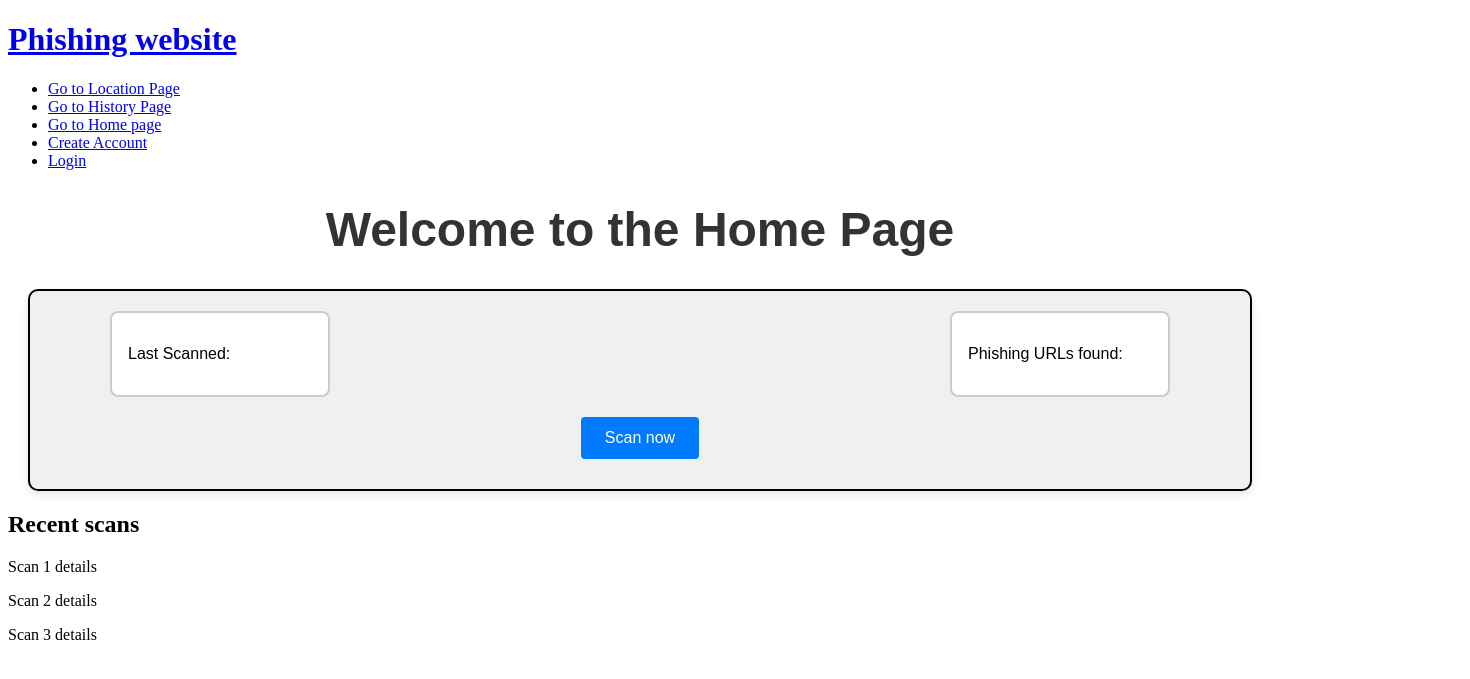
Repository: 2305199/Final-year-project
Page: / (app in frontend/)
The author's editor kept a copy of each file at every save. The page is drawn from the files as they stood at one save, then again after the next save.
The browser window is 1280 px wide. The page is 1470 px wide, then 1280 px, so the pictures cover 1470 px, including what lies to the right of the window. The pictures show the whole page.
The project was rebuilt for these pictures with package versions that can differ from the ones it lists, and the page was loaded fresh each time. Also part of the build but not shown: frontend/vite.config.js, frontend/src/Location/Location.jsx, frontend/src/History/History.jsx, frontend/src/User/CreateAccount.jsx, frontend/src/User/Login.jsx.

Above is the page before, as saved 2026-01-29 01:25:38.

After the next save:
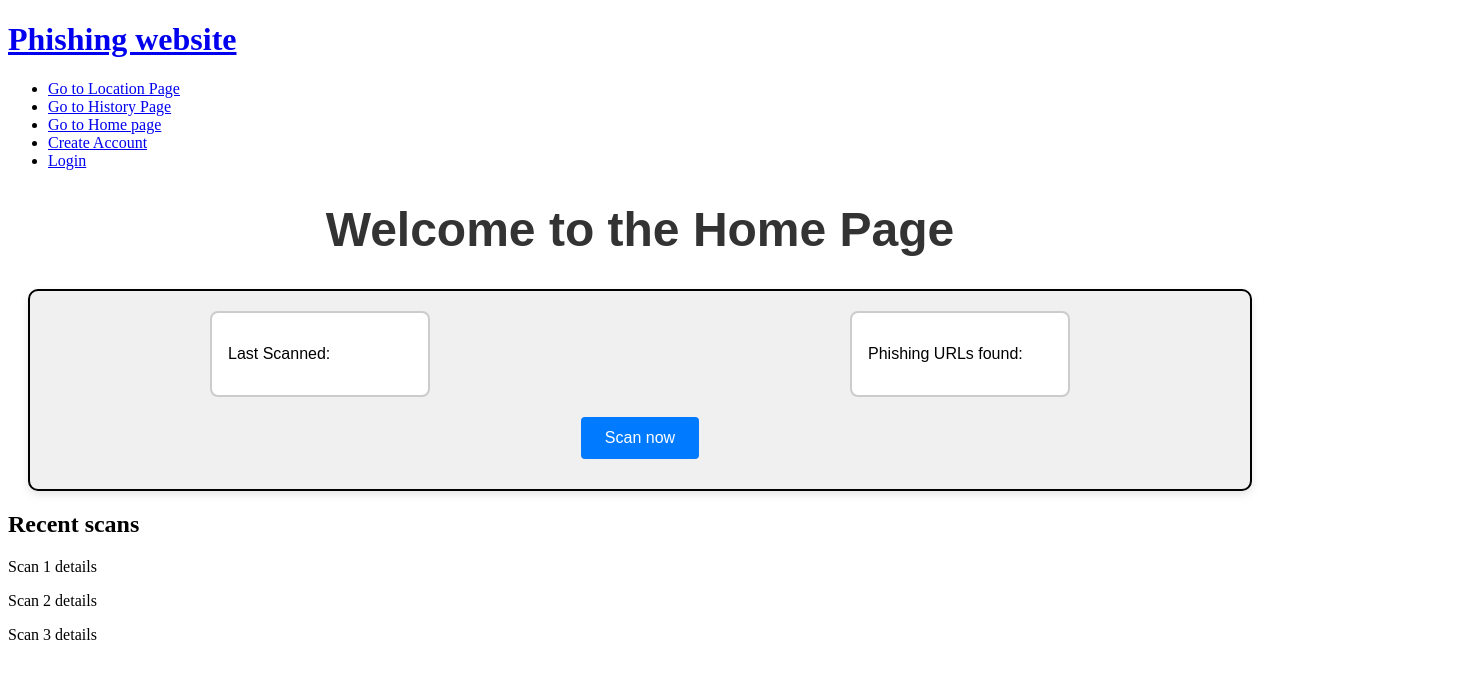
Saved 13 s later.
--- a/frontend/src/Home/Home.module.css
+++ b/frontend/src/Home/Home.module.css
@@ -39,8 +39,8 @@
   font-family: 'Arial', sans-serif;
   width: 220px;
   box-sizing: border-box;
-  margin-right: 300px;
-  margin-left: 300px;
+  margin-right: 200px;
+  margin-left: 200px;
 }
 
 .scanButton {
